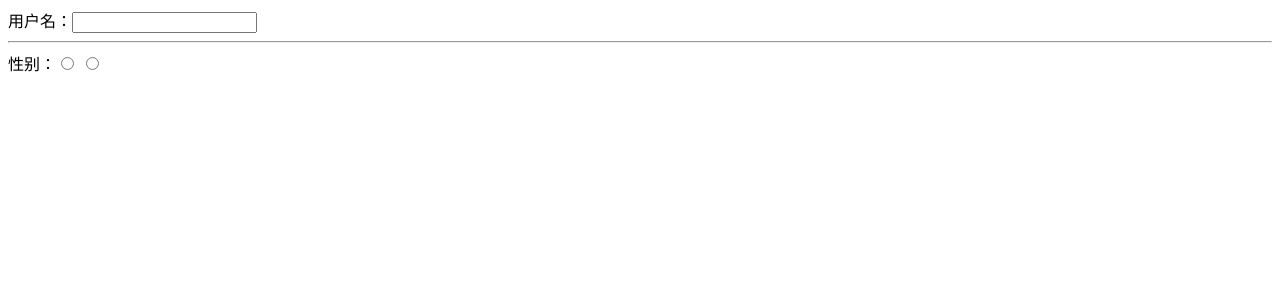
Repository: frankstar007/java
Page: http://localhost/Servlet_Study/from.jsp
An editor plug-in stored every save of this project. The page is shown before and after the next save, followed by the edit.
The browser window is 1280 px wide. The pictures show the whole page.
The page is served by Tomcat 9. Nobody is signed in. The application's start-up code is not run. Other server files are loaded and not shown.

Above is the page before, as saved 2016-05-16 01:02:48.

### Servlet_Study/WebContent/from.jsp
<%@ page language="java" contentType="text/html; charset=UTF-8"
    pageEncoding="UTF-8"%>
<!DOCTYPE html PUBLIC "-//W3C//DTD HTML 4.01 Transitional//EN" "http://www.w3.org/TR/html4/loose.dtd">
<html>
<head>
<meta http-equiv="Content-Type" content="text/html; charset=UTF-8">
<title>表单测试</title>
</head>
<body>
	<form id="form1" method="post" action="request1.jsp">
		用户名：<input type="text" name="name"> <hr>
		性别：<input type="radio" name="gender" value="男">
		 	<input type="radio" name="gender" value="女">
	</form>
</body>
</html>

After the next save:
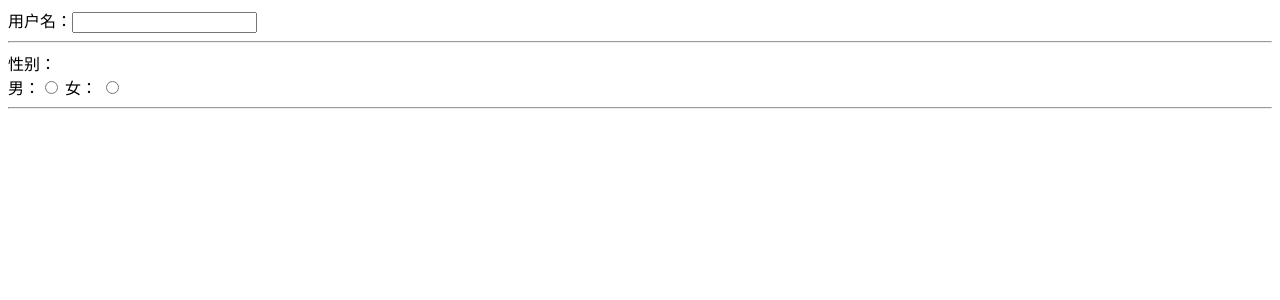
Saved 35 s later.
--- a/Servlet_Study/WebContent/from.jsp
+++ b/Servlet_Study/WebContent/from.jsp
@@ -9,8 +9,11 @@
 <body>
 	<form id="form1" method="post" action="request1.jsp">
 		用户名：<input type="text" name="name"> <hr>
-		性别：<input type="radio" name="gender" value="男">
-		 	<input type="radio" name="gender" value="女">
+		性别：<br>
+		男：<input type="radio" name="gender" value="男">
+		 女：	<input type="radio" name="gender" value="女">
+		 	<hr>
+
 	</form>
 </body>
 </html>
